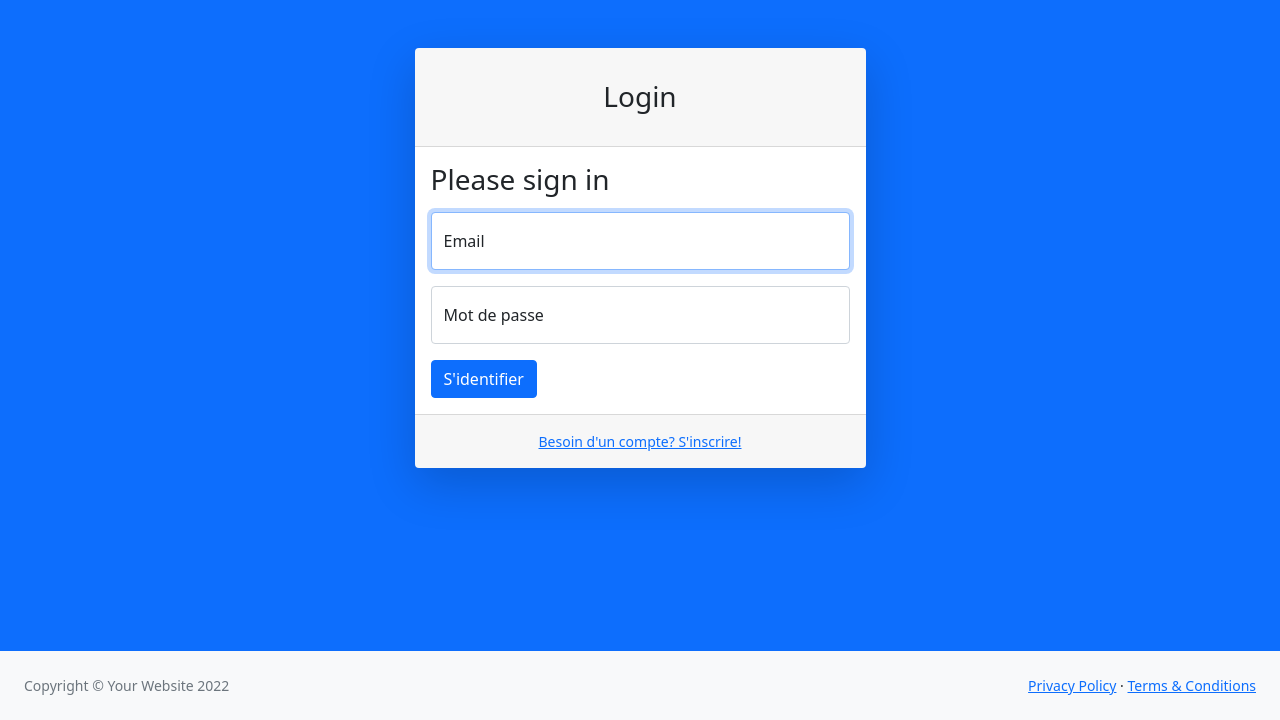
Repository: freddy1212/adulams
Page: templates/login.html.twig
An editor plug-in stored every save of this project. The page is shown before and after the next save, followed by the edit.
The browser window is 1280 px wide. The pictures show the whole page.
Some web libraries are served in a nearby version. The page is a Twig template of a Symfony application; nobody is signed in and links lead nowhere. The template is opened directly, without the code that normally fills it, so the values that code supplies are empty.

Above is the page before, as saved 2022-08-29 18:10:25.

### templates/login.html.twig
<!DOCTYPE html>
<html lang="en">
    <head>
        <meta charset="utf-8" />
        <meta http-equiv="X-UA-Compatible" content="IE=edge" />
        <meta name="viewport" content="width=device-width, initial-scale=1, shrink-to-fit=no" />
        <meta name="description" content="" />
        <meta name="author" content="" />
        <title>Login - SB Admin</title>
        <link href="{{asset('assets/css/styles.css')}}" rel="stylesheet" />
        <script src="https://use.fontawesome.com/releases/v6.1.0/js/all.js" crossorigin="anonymous"></script>
    </head>
    <body class="bg-primary">
        <div id="layoutAuthentication">
            <div id="layoutAuthentication_content">
                <main>
                    <div class="container">
                        <div class="row justify-content-center">
                            <div class="col-lg-5">
                                <div class="card shadow-lg border-0 rounded-lg mt-5">
                                    <div class="card-header"><h3 class="text-center font-weight-light my-4">Login</h3></div>
                                    <div class="card-body">
                                        {% block body %}
                                            <form method="post">
                                                {% if error %}
                                                    <div class="alert alert-danger">{{ error.messageKey|trans(error.messageData, 'security') }}</div>
                                                {% endif %}

                                                {% if app.user %}
                                                    <div class="mb-3">
                                                        You are logged in as {{ app.user.userIdentifier }}, <a href="{{ path('app_logout') }}">Logout</a>
                                                    </div>
                                                {% endif %}

                                                <h1 class="h3 mb-3 font-weight-normal">
                                                    {% block pageTitle %}
                                                        Please sign in
                                                    {% endblock %}
                                                </h1>
                                                <div class="form-floating mb-3">
                                                    <label for="inputEmail">Email</label>
                                                    <input type="email" value="{{ last_username }}" name="email" id="inputEmail" class="form-control" autocomplete="email" required autofocus>
                                                </div>
                                                <div class="form-floating mb-3">
                                                    <label for="inputPassword">Mot de passe</label>
                                                    <input type="password" name="password" id="inputPassword" class="form-control" autocomplete="current-password" required>
                                                </div>


                                                <input type="hidden" name="_csrf_token"
                                                       value="{{ csrf_token('authenticate') }}"
                                                >

                                                {#
                                                    Uncomment this section and add a remember_me option below your firewall to activate remember me functionality.
                                                    See https://symfony.com/doc/current/security/remember_me.html

                                                    <div class="checkbox mb-3">
                                                        <label>
                                                            <input type="checkbox" name="_remember_me"> Remember me
                                                        </label>
                                                    </div>
                                                #}

                                                <button class="btn btn-primary" type="submit">
                                                    S'identifier
                                                </button>
                                            </form>
                                        {% endblock %}
                                    </div>
                                    <div class="card-footer text-center py-3">
                                        <div class="small"><a href="#">Besoin d'un compte? S'inscrire!</a></div>
                                    </div>
                                </div>
                            </div>
                        </div>
                    </div>
                </main>
            </div>
            <div id="layoutAuthentication_footer">
                <footer class="py-4 bg-light mt-auto">
                    <div class="container-fluid px-4">
                        <div class="d-flex align-items-center justify-content-between small">
                            <div class="text-muted">Copyright &copy; Your Website 2022</div>
                            <div>
                                <a href="#">Privacy Policy</a>
                                &middot;
                                <a href="#">Terms &amp; Conditions</a>
                            </div>
                        </div>
                    </div>
                </footer>
            </div>
        </div>
        <script src="https://cdn.jsdelivr.net/npm/bootstrap@5.1.3/dist/js/bootstrap.bundle.min.js" crossorigin="anonymous"></script>
        <script src="{{asset('assets/js/scripts.js')}}"></script>
    </body>
</html>

### public/assets/js/scripts.js
/*!
    * Start Bootstrap - SB Admin v7.0.5 (https://startbootstrap.com/template/sb-admin)
    * Copyright 2013-2022 Start Bootstrap
    * Licensed under MIT (https://github.com/StartBootstrap/startbootstrap-sb-admin/blob/master/LICENSE)
    */
    //
// Scripts
//

window.addEventListener('DOMContentLoaded', event => {

    // Toggle the side navigation
    const sidebarToggle = document.body.querySelector('#sidebarToggle');
    if (sidebarToggle) {
        // Uncomment Below to persist sidebar toggle between refreshes
        // if (localStorage.getItem('sb|sidebar-toggle') === 'true') {
        //     document.body.classList.toggle('sb-sidenav-toggled');
        // }
        sidebarToggle.addEventListener('click', event => {
            event.preventDefault();
            document.body.classList.toggle('sb-sidenav-toggled');
            localStorage.setItem('sb|sidebar-toggle', document.body.classList.contains('sb-sidenav-toggled'));
        });
    }

});

Loaded but not shown: public/assets/css/styles.css (library)

After the next save:
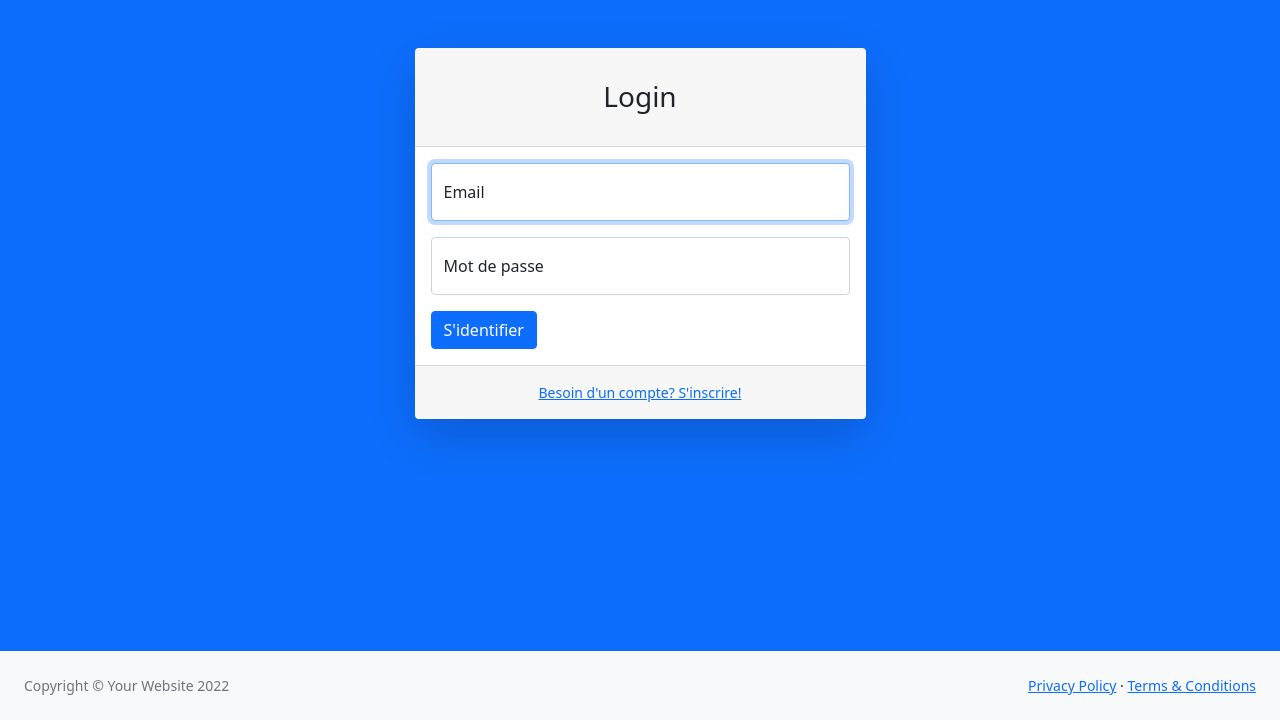
Saved 104 s later.
--- a/templates/login.html.twig
+++ b/templates/login.html.twig
@@ -31,12 +31,6 @@
                                                         You are logged in as {{ app.user.userIdentifier }}, <a href="{{ path('app_logout') }}">Logout</a>
                                                     </div>
                                                 {% endif %}
-
-                                                <h1 class="h3 mb-3 font-weight-normal">
-                                                    {% block pageTitle %}
-                                                        Please sign in
-                                                    {% endblock %}
-                                                </h1>
                                                 <div class="form-floating mb-3">
                                                     <label for="inputEmail">Email</label>
                                                     <input type="email" value="{{ last_username }}" name="email" id="inputEmail" class="form-control" autocomplete="email" required autofocus>
